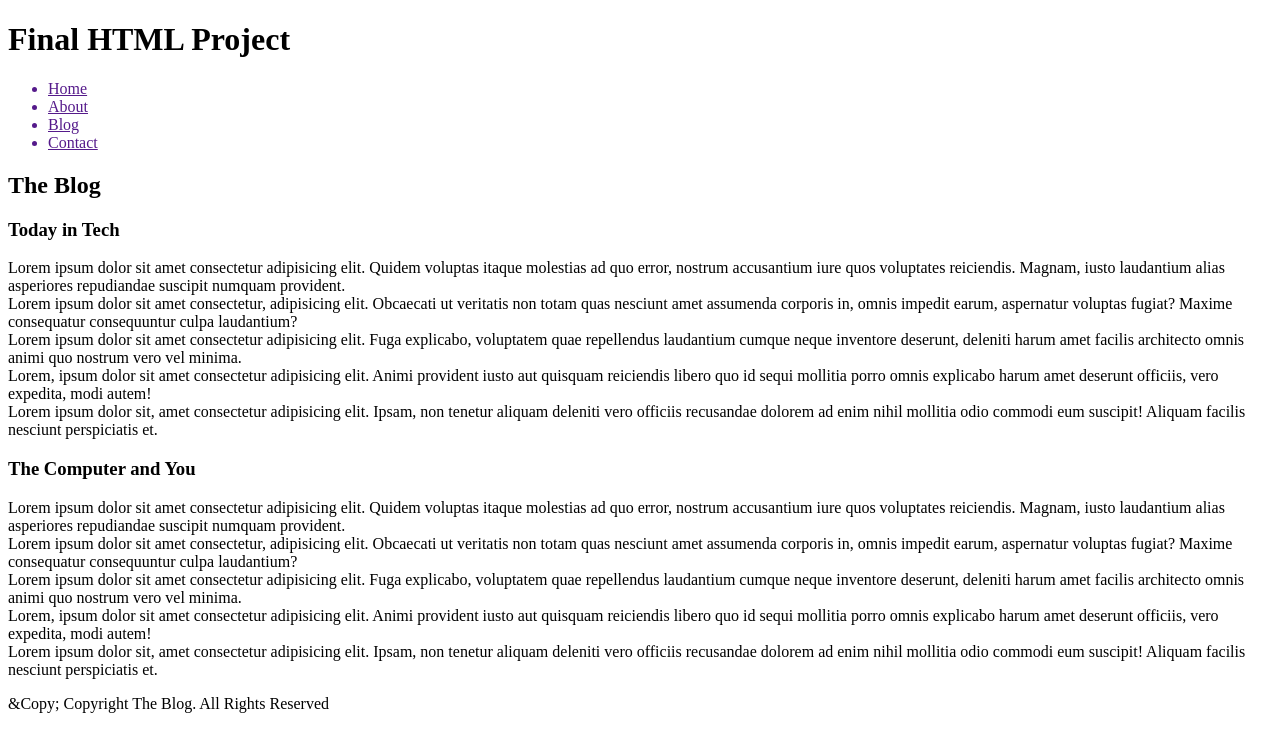
Repository: kmasih/finalHTMLProject
Page: index.HTML
These files come from the project's save history. The page is drawn as it stood at one moment and after the next save; the edit follows.
The browser window is 1280 px wide. The pictures show the whole page.

Above is the page before, as saved 2018-05-28 01:20:15.

After the next save:
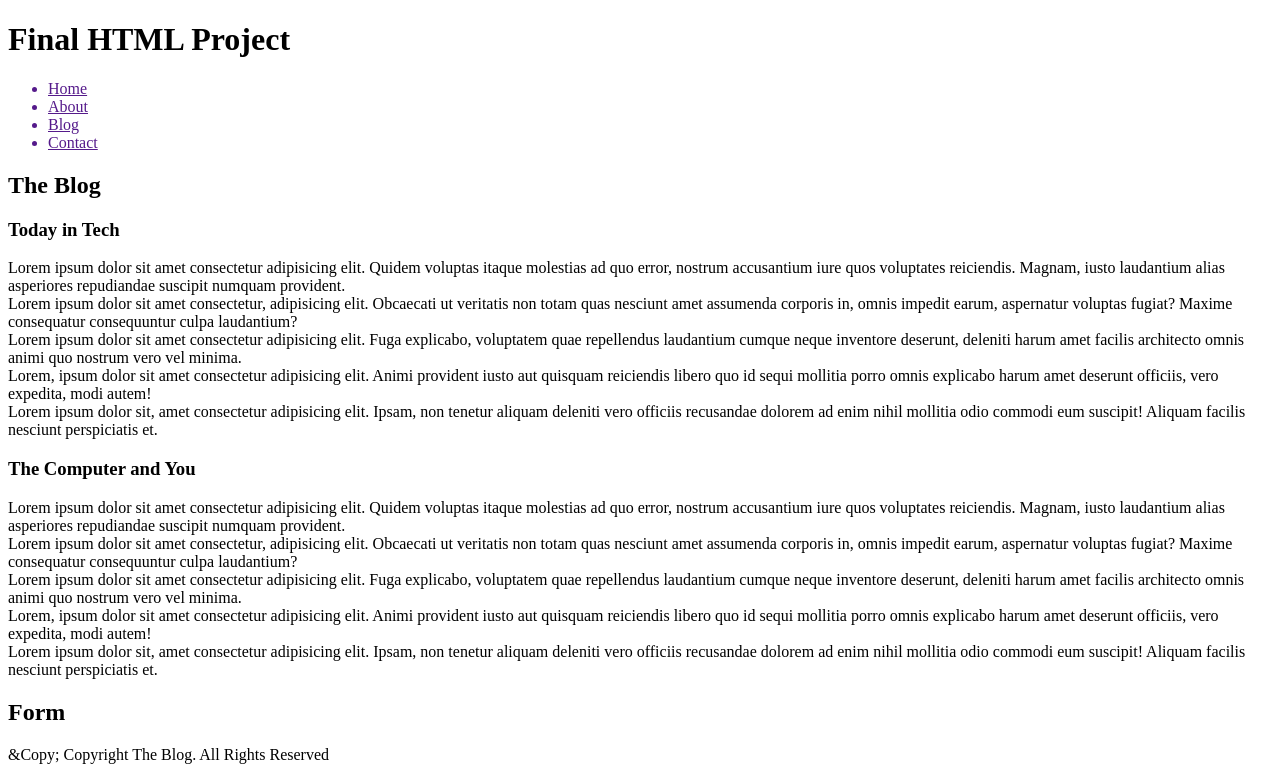
Saved 21 min 28 s later.
--- a/index.HTML
+++ b/index.HTML
@@ -73,13 +73,17 @@
 
             </p>
         </article>
+    </section>
 
 
 
+    <section>
+        <h2>Form</h2>
+        <form action="0">
 
+        </form>
 
     </section>
-
 
     <footer>
         <p> &Copy; Copyright The Blog. All Rights Reserved</p>
